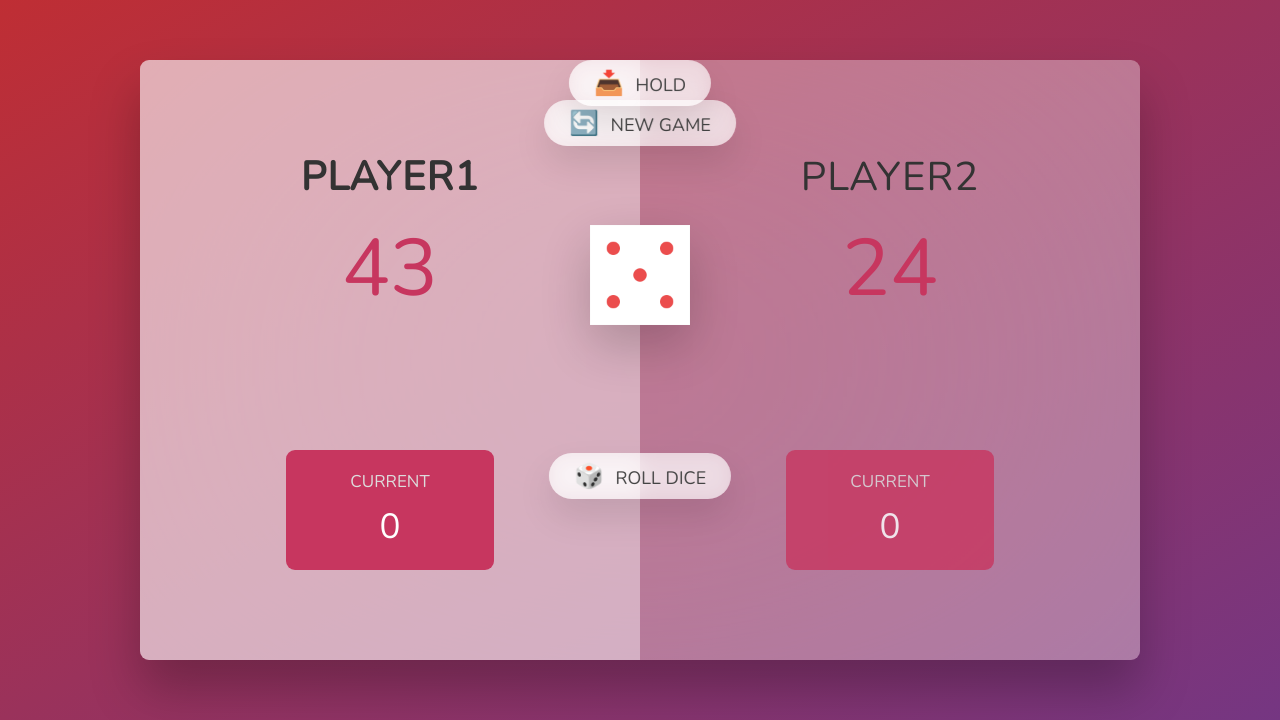
Repository: otvertka/jsc_07
Page: index.html
These files come from the project's save history. The page is drawn as it stood at one moment and after the next save; the edit follows.
The browser window is 1280 px wide. The pictures show the whole page.

Above is the page before, as saved 2022-12-24 13:40:33.

### index.html
<!DOCTYPE html>
<html lang="en">
  <head>
    <meta charset="UTF-8" />
    <meta name="viewport" content="width=device-width, initial-scale=1.0" />
    <meta http-equiv="X-UA-Compatible" content="ie=edge" />
    <link rel="stylesheet" href="style.css" />
    <title>Pig Game</title>
  </head>
  <body>
    <main>
      <section class="player player--0 player--active">
        <h2 class="name" id="name--0">Player1</h2>
        <p class="score" id="score--0">43</p>
        <div class="current">
          <p class="current-label">Current</p>
          <p class="current-score" id="current--0">0</p>
        </div>
      </section>
      <section class="player player--1">
        <h2 class="name" id="name--1">Player2</h2>
        <p class="score" id="score--1">24</p>
        <div class="current">
          <p class="current-label">Current</p>
          <p class="current-score" id="current--1">0</p>
        </div>
      </section>

      <img src="/dice-5.png" alt="Playing dice" class="dice" />
      <button class="btn btn--new">🔄 New game</button>
      <button class="btn btn--roll">🎲 Roll dice</button>
      <button class="btn btn--hold">📥 Hold</button>
    </main>
    <script src="script.js"></script>
  </body>
</html>

### style.css
@import url('https://fonts.googleapis.com/css2?family=Nunito&display=swap');

* {
  margin: 0;
  padding: 0;
  box-sizing: inherit;
}

html {
  font-size: 62.5%;
  box-sizing: border-box;
}

body {
  font-family: 'Nunito', sans-serif;
  font-weight: 400;
  height: 100vh;
  color: #333;
  background-image: linear-gradient(to top left, #753682 0%, #bf2e34 100%);
  display: flex;
  align-items: center;
  justify-content: center;
}

/* LAYOUT */
main {
  position: relative;
  width: 100rem;
  height: 60rem;
  background-color: rgba(255, 255, 255, 0.35);
  backdrop-filter: blur(200px);
  filter: blur();
  box-shadow: 0 3rem 5rem rgba(0, 0, 0, 0.25);
  border-radius: 9px;
  overflow: hidden;
  display: flex;
}

.player {
  flex: 50%;
  padding: 9rem;
  display: flex;
  flex-direction: column;
  align-items: center;
  transition: all 0.75s;
}

/* ELEMENTS */
.name {
  position: relative;
  font-size: 4rem;
  text-transform: uppercase;
  letter-spacing: 1px;
  word-spacing: 2px;
  font-weight: 300;
  margin-bottom: 1rem;
}

.score {
  font-size: 8rem;
  font-weight: 300;
  color: #c7365f;
  margin-bottom: auto;
}

.player--active {
  background-color: rgba(255, 255, 255, 0.4);
}
.player--active .name {
  font-weight: 700;
}
.player--active .score {
  font-weight: 400;
}

.player--active .current {
  opacity: 1;
}

.current {
  background-color: #c7365f;
  opacity: 0.8;
  border-radius: 9px;
  color: #fff;
  width: 65%;
  padding: 2rem;
  text-align: center;
  transition: all 0.75s;
}

.current-label {
  text-transform: uppercase;
  margin-bottom: 1rem;
  font-size: 1.7rem;
  color: #ddd;
}

.current-score {
  font-size: 3.5rem;
}

/* ABSOLUTE POSITIONED ELEMENTS */
.btn {
  position: absolute;
  left: 50%;
  transform: translateX(-50%);
  color: #444;
  background: none;
  border: none;
  font-family: inherit;
  font-size: 1.8rem;
  text-transform: uppercase;
  cursor: pointer;
  font-weight: 400;
  transition: all 0.2s;

  background-color: white;
  background-color: rgba(255, 255, 255, 0.6);
  backdrop-filter: blur(10px);

  padding: 0.7rem 2.5rem;
  border-radius: 50rem;
  box-shadow: 0 1.75rem 3.5rem rgba(0, 0, 0, 0.1);
}

.btn::first-letter {
  font-size: 2.4rem;
  display: inline-block;
  margin-right: 0.7rem;
}

.btn--new {
  top: 4rem;
}
.btn--roll {
  top: 39.3rem;
}
/* .btn--hold {
  top: 46.1rem;
} */

.btn:active {
  transform: translate(-50%, 3px);
  box-shadow: 0 1rem 2rem rgba(0, 0, 0, 0.15);
}

.btn:focus {
  outline: none;
}

.dice {
  position: absolute;
  left: 50%;
  top: 16.5rem;
  transform: translateX(-50%);
  height: 10rem;
  box-shadow: 0 2rem 5rem rgba(0, 0, 0, 0.2);
}

.player--winner {
  background-color: #2f2f2f;
}

.player--winner .name {
  font-weight: 700;
  color: #c7365f;
}

Loaded but not shown: script.js (common file)

After the next save:
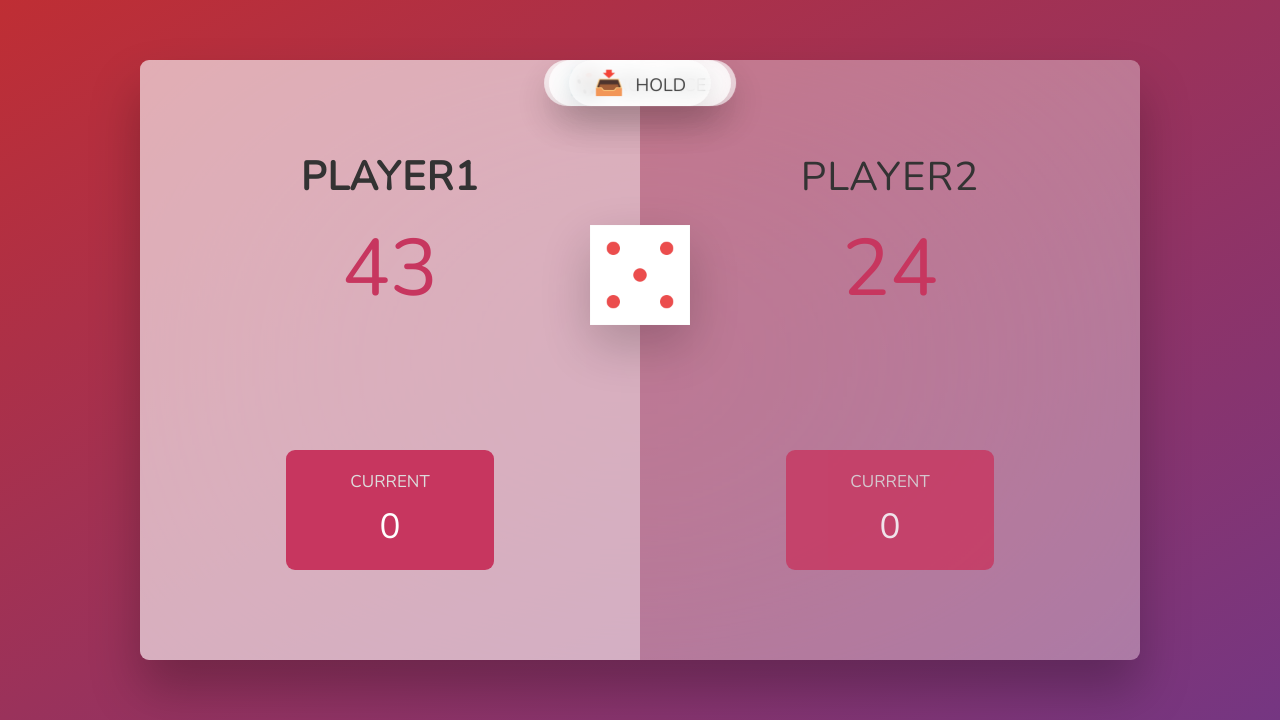
Saved 9 s later.
--- a/style.css
+++ b/style.css
@@ -129,12 +129,12 @@ main {
   margin-right: 0.7rem;
 }
 
-.btn--new {
+/* .btn--new {
   top: 4rem;
 }
 .btn--roll {
   top: 39.3rem;
-}
+} */
 /* .btn--hold {
   top: 46.1rem;
 } */
